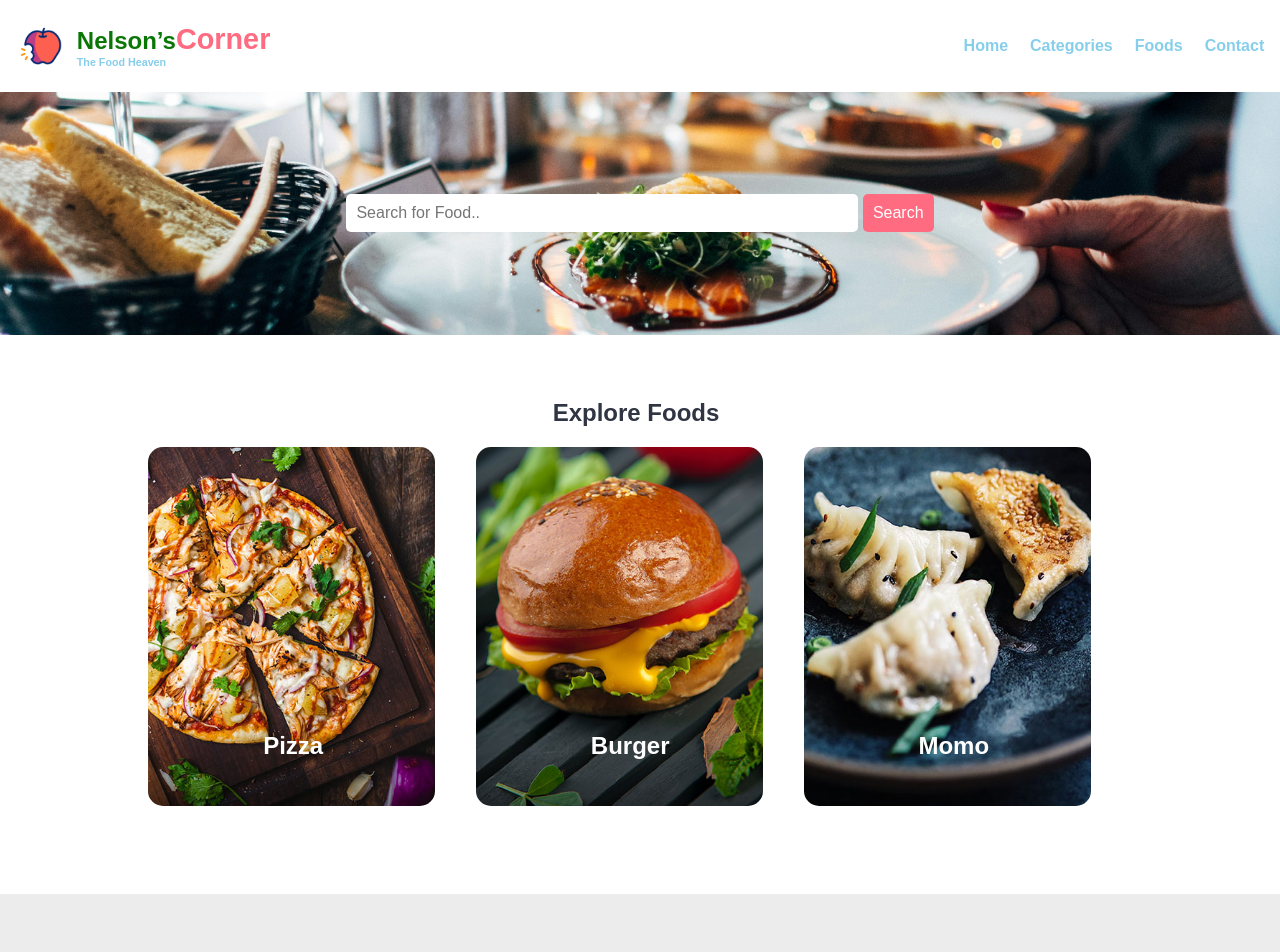
Repository: Saviour-Dagadu/Naamilli
Page: index.html
The author's editor kept a copy of each file at every save. The page is drawn from the files as they stood at one save, then again after the next save.
The browser window is 1280 px wide. The pictures show the part of the page from y = 0 to 952 px (the page is 2117 px tall).
A picture or video elsewhere on the page could not be fetched, so the positions and the page height are approximate.

Above is the page before, as saved 2024-12-03 14:57:57.

After the next save:
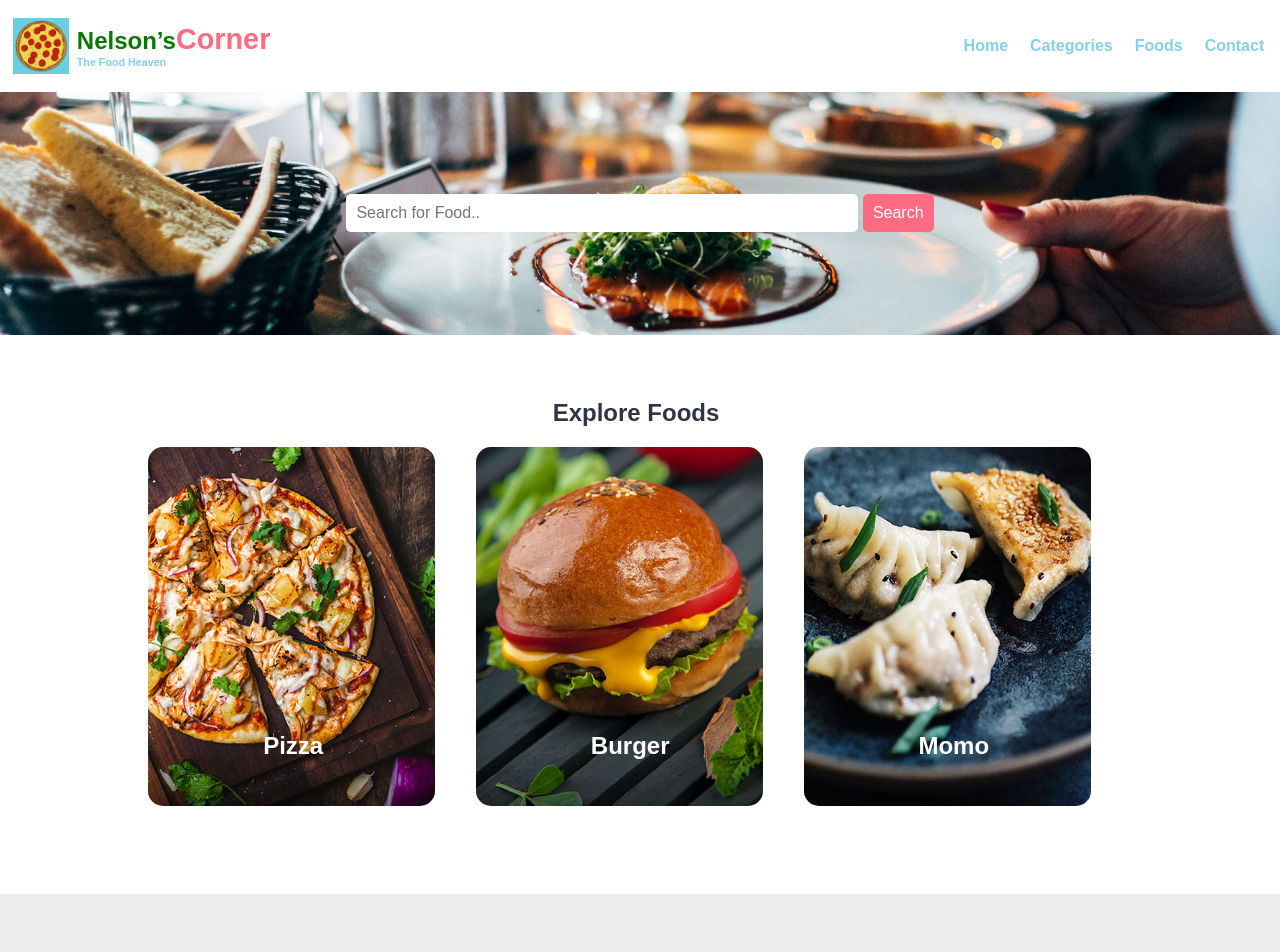
Saved 3 min 5 s later.
--- a/index.html
+++ b/index.html
@@ -16,7 +16,7 @@
         <div class="container" style="display: flex; width: 100%; justify-content: space-between; align-items: center;">
             <div class="logo" style="display: flex; align-items: center;">
                 <a href="index.html" title="Logo" style="display: flex; align-items: center;">
-                    <img src="images/apple.gif" alt="" style="
+                    <img src="images/giphy.gif" alt="" style="
                         width: 3.5rem; /* Adjust size to be similar to nav image */
                         height: 3.5rem; /* Adjust size to be similar to nav image */
                         margin-right: 0.5rem;">
